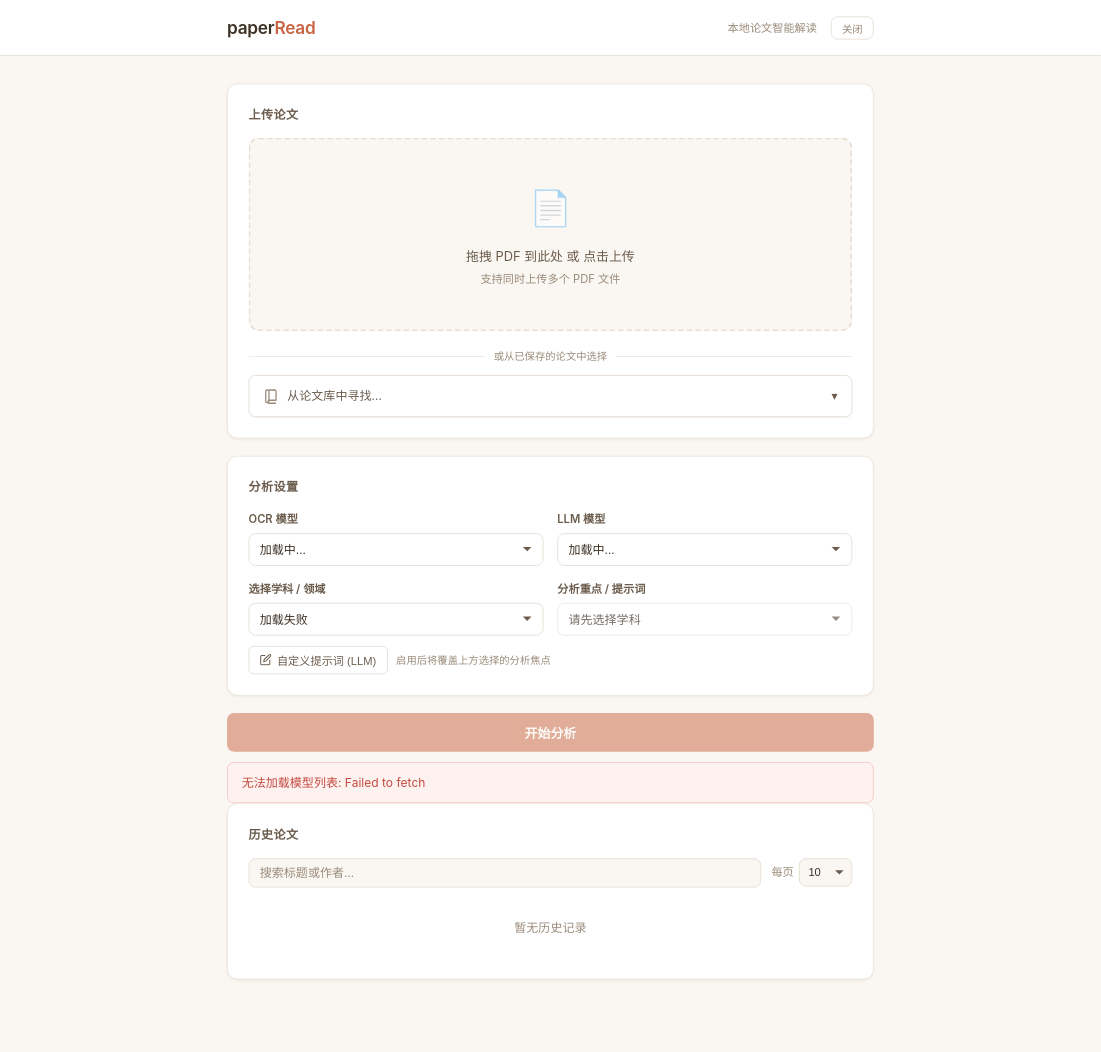
Repository: Skywarder0409/paperRead
Page: src/web/static/index.html
The author's editor kept a copy of each file at every save. The page is drawn from the files as they stood at one save, then again after the next save.
The browser window is 1280 px wide. The pictures show the whole page, at 86% of full size.
The page's requests for data from a server got no answer.

Above is the page before, as saved 2026-02-06 16:40:26.

### src/web/static/index.html
<!DOCTYPE html>
<html lang="zh-CN">

<head>
    <meta charset="UTF-8">
    <meta name="viewport" content="width=device-width, initial-scale=1.0">
    <title>paperRead - 本地论文智能解读</title>
    <link rel="stylesheet" href="/static/style.css">
</head>

<body>
    <header class="header">
        <div class="header-inner">
            <div>
                <h1>paper<span>Read</span></h1>
            </div>
            <div class="header-right">
                <div class="header-subtitle">本地论文智能解读</div>
                <button class="btn-shutdown" id="btnShutdown" title="关闭服务器">关闭</button>
            </div>
        </div>
    </header>

    <main class="container">
        <!-- 上传区域 -->
        <div class="card">
            <div class="card-title">上传论文</div>
            <div class="upload-zone" id="uploadZone">
                <div class="upload-zone-icon">&#128196;</div>
                <div class="upload-zone-text">拖拽 PDF 到此处 或 点击上传</div>
                <div class="upload-zone-hint">支持同时上传多个 PDF 文件</div>
                <input type="file" id="fileInput" accept=".pdf" multiple>
            </div>
            <div class="file-list" id="fileList"></div>

            <div class="papers-divider">或从已保存的论文中选择</div>

            <!-- 已选论文卡槽 -->
            <div class="selected-chips" id="selectedChips"></div>

            <div class="papers-dropdown" id="papersDropdown">
                <div class="papers-dropdown-header" id="papersDropdownHeader">
                    <div class="papers-dropdown-header-main">
                        <svg class="icon" viewBox="0 0 24 24" fill="none" stroke="currentColor" stroke-width="2">
                            <path
                                d="M4 19.5v-15A2.5 2.5 0 0 1 6.5 2a2.5 2.5 0 0 1 2.5 2.5v15a2.5 2.5 0 0 1-2.5 2.5A2.5 2.5 0 0 1 4 19.5Z" />
                            <path d="M20 22.5h-10.5c-.5 0-1-.2-1.4-.6a2.5 2.5 0 0 1 0-3.4c.4-.4.9-.6 1.4-.6H20" />
                            <path d="M20 18.5v-14a2.5 2.5 0 0 0-2.5-2.5H9" />
                        </svg>
                        <span class="papers-dropdown-placeholder">从论文库中寻找...</span>
                    </div>
                    <span class="papers-dropdown-arrow">&#9662;</span>
                </div>
                <div class="papers-dropdown-content" id="papersDropdownContent">
                    <div class="papers-dropdown-search">
                        <svg class="search-icon" viewBox="0 0 24 24" fill="none" stroke="currentColor" stroke-width="2">
                            <circle cx="11" cy="11" r="8" />
                            <path d="m21 21-4.3-4.3" />
                        </svg>
                        <input type="text" id="libSearchInput" placeholder="请输入关键词搜索论文...">
                    </div>
                    <div class="papers-dropdown-actions">
                        <button type="button" id="libSelectAll" class="btn-text">全选</button>
                        <button type="button" id="libClearAll" class="btn-text">清除</button>
                    </div>
                    <div class="papers-dropdown-list" id="papersLibrary">
                        <div class="papers-library-status">正在连接论文库...</div>
                    </div>
                </div>
            </div>
        </div>

        <!-- 模型与模式选择 -->
        <div class="card">
            <div class="card-title">分析设置</div>
            <div class="form-row">
                <div class="form-group">
                    <label for="ocrModel">OCR 模型</label>
                    <select id="ocrModel">
                        <option value="">加载中...</option>
                    </select>
                </div>
                <div class="form-group">
                    <label for="llmModel">LLM 模型</label>
                    <select id="llmModel">
                        <option value="">加载中...</option>
                    </select>
                </div>
            </div>
            <div class="form-grid">
                <div class="form-group">
                    <label>选择学科 / 领域</label>
                    <select id="analysisSubject">
                        <option value="">正在加载库...</option>
                    </select>
                </div>
                <div class="form-group">
                    <label>分析重点 / 提示词</label>
                    <select id="analysisMode" disabled>
                        <option value="">请先选择学科</option>
                    </select>
                </div>
            </div>

            <div class="custom-prompt-trigger">
                <button type="button" id="btnShowCustomPrompt" class="btn-outline-sm">
                    <svg class="icon-sm" viewBox="0 0 24 24" fill="none" stroke="currentColor" stroke-width="2">
                        <path d="M11 4H4a2 2 0 0 0-2 2v14a2 2 0 0 0 2 2h14a2 2 0 0 0 2-2v-7" />
                        <path d="M18.5 2.5a2.121 2.121 0 0 1 3 3L12 15l-4 1 1-4 9.5-9.5z" />
                    </svg>
                    自定义提示词 (LLM)
                </button>
                <span class="text-hint">启用后将覆盖上方选择的分析焦点</span>
            </div>

            <div class="custom-prompt-area" id="customPromptArea">
                <textarea id="customPromptText"
                    placeholder="在此输入自定义核心指令，系统会自动注入论文内容。例如：&#10;请帮我提取这篇论文涉及的所有数学公式，并给出简要解释。"></textarea>
                <div class="custom-prompt-actions">
                    <label class="custom-save-switch">
                        <input type="checkbox" id="saveCustomPrompt">
                        <span class="save-label">保存到库 (学科: 自定义)</span>
                    </label>
                    <input type="text" id="customPromptName" placeholder="命名这个提示词..." class="input-sm">
                </div>
            </div>
        </div>

        <!-- 开始按钮 -->
        <button class="btn btn-primary" id="btnAnalyze" disabled>开始分析</button>
        <div class="error-msg" id="errorMsg"></div>

        <!-- 进度 -->
        <div class="card progress-section" id="progressSection">
            <div class="card-title">分析进度<span class="progress-file-info" id="progressFileInfo"></span></div>
            <div class="progress-header">
                <span class="progress-stage" id="progressStage">准备中...</span>
                <div class="progress-right">
                    <span class="progress-timer" id="progressTimer">00:00</span>
                    <span class="progress-percent" id="progressPercent">0%</span>
                </div>
            </div>
            <div class="progress-bar">
                <div class="progress-fill" id="progressFill"></div>
            </div>
            <div class="progress-detail" id="progressDetail"></div>
        </div>

        <!-- 结果 -->
        <div class="card result-section" id="resultSection">
            <div class="card-title">分析结果</div>
            <div class="result-tabs">
                <button class="result-tab active" data-tab="markdown">报告</button>
                <button class="result-tab" data-tab="json">JSON 数据</button>
            </div>
            <div class="result-content" id="resultMarkdown"></div>
            <div class="result-content result-json" id="resultJson"></div>
            <div class="download-bar" id="downloadBar">
                <button class="btn-download" id="btnDownloadMd">下载 Markdown 报告</button>
                <button class="btn-download btn-download-secondary" id="btnDownloadJson">下载 JSON 数据</button>
            </div>
        </div>

        <!-- 历史论文 -->
        <div class="card" id="historySection">
            <div class="card-title">历史论文</div>
            <div class="history-toolbar">
                <input type="text" class="history-search" id="historySearch" placeholder="搜索标题或作者...">
                <div class="history-page-size">
                    <label for="historyPageSize">每页</label>
                    <select id="historyPageSize">
                        <option value="10" selected>10</option>
                        <option value="50">50</option>
                        <option value="100">100</option>
                    </select>
                </div>
            </div>
            <div class="history-list" id="historyList">
                <div class="history-empty">暂无历史记录</div>
            </div>
            <div class="history-pagination" id="historyPagination"></div>
        </div>
    </main>

    <script src="/static/app.js?v=4"></script>
</body>

</html>

Loaded but not shown: src/web/static/app.js (982 lines, source omitted); src/web/static/style.css (1201 lines, source omitted)

After the next save:
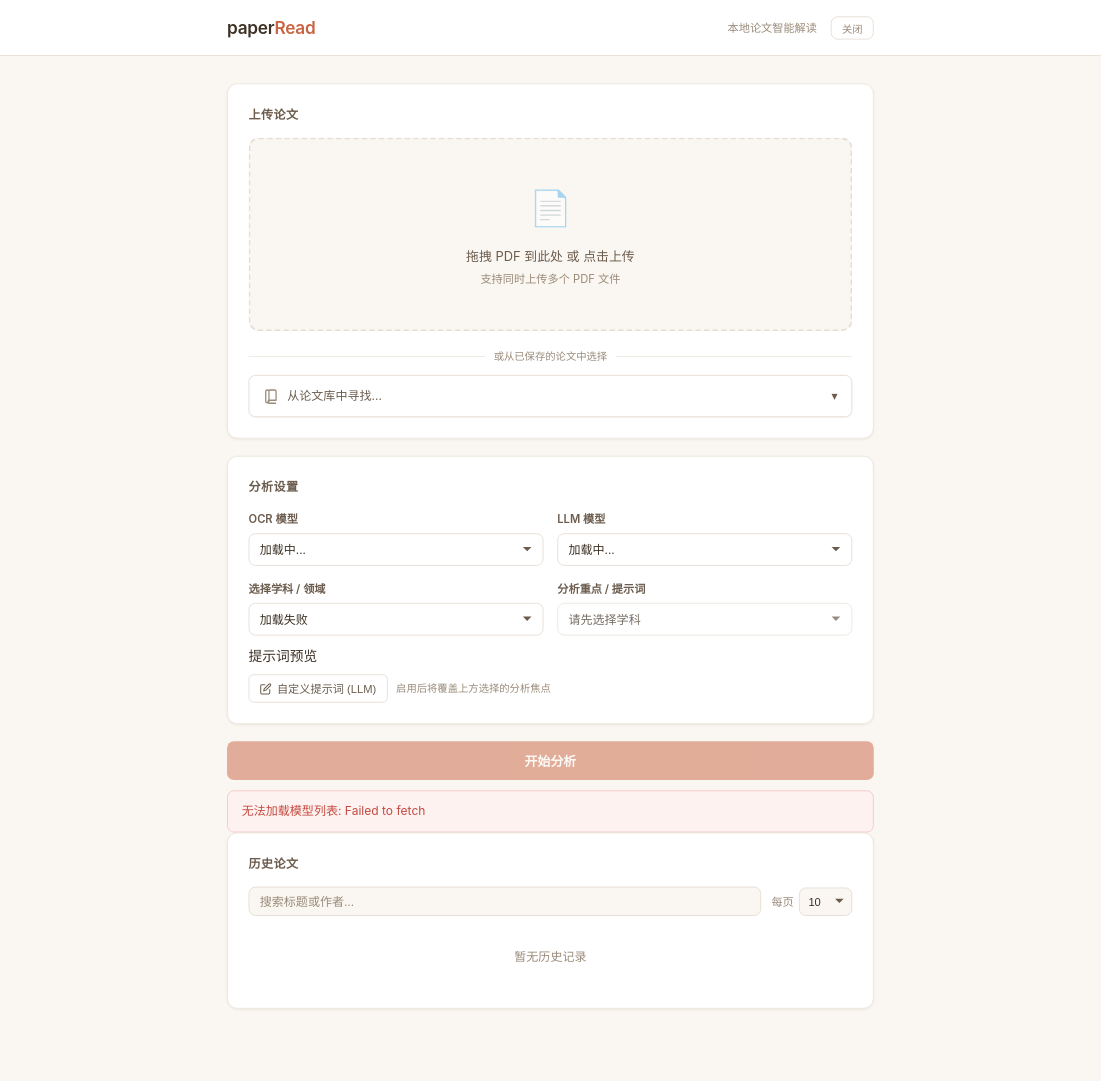
Saved 2 min 35 s later.
--- a/src/web/static/index.html
+++ b/src/web/static/index.html
@@ -102,6 +102,11 @@
                 </div>
             </div>
 
+            <div class="prompt-preview" id="promptPreview">
+                <div class="prompt-preview-title">提示词预览</div>
+                <div class="prompt-preview-content" id="promptPreviewContent"></div>
+            </div>
+
             <div class="custom-prompt-trigger">
                 <button type="button" id="btnShowCustomPrompt" class="btn-outline-sm">
                     <svg class="icon-sm" viewBox="0 0 24 24" fill="none" stroke="currentColor" stroke-width="2">
